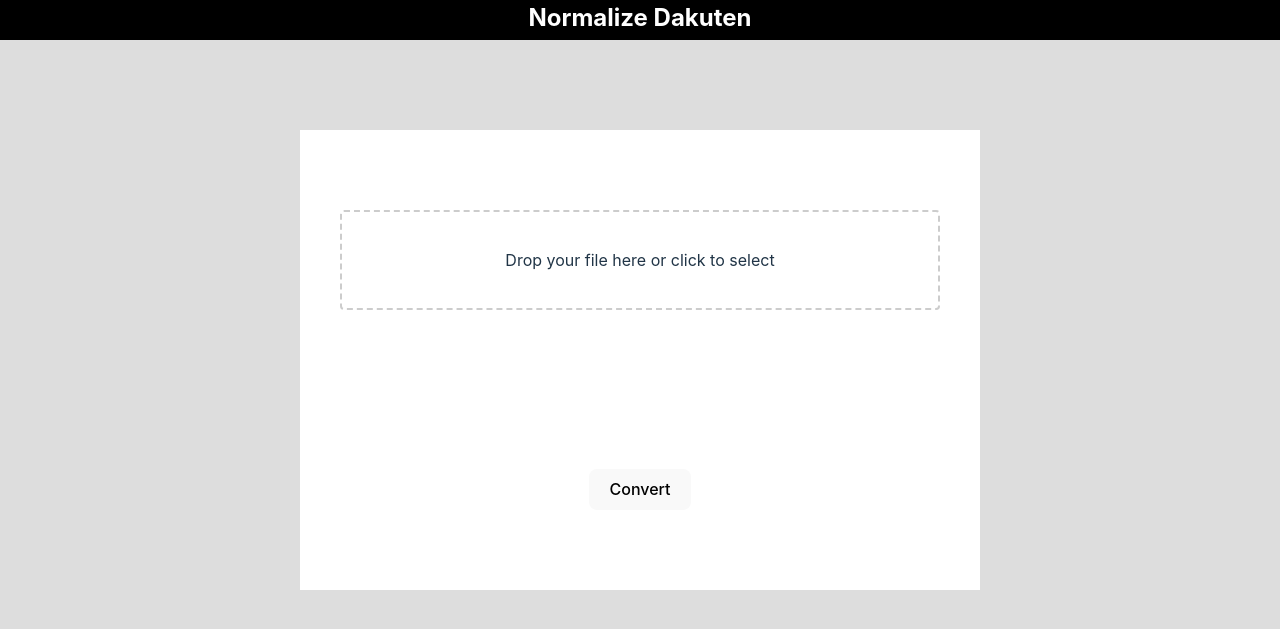
Repository: CatHandsService/normalize_dakuten
Page: / (app in front/)
These files come from the project's save history. The page is drawn as it stood at one moment and after the next save; the edit follows.
The browser window is 1280 px wide. The pictures show the whole page.
The project was rebuilt for these pictures with package versions that can differ from the ones it lists, and the page was loaded fresh each time. Also part of the build but not shown: front/vite.config.ts.

Above is the page before, as saved 2024-01-27 16:19:43.

### front/src/App.tsx
import './App.css'
import { Header } from "./components/Header"
import { ImportFile } from "./components/ImportFile"
import { Convert } from "./components/Convert"

function App() {

  return (
    <div className="main">
      <Header />
      <div className="container">
        <ImportFile />
        <Convert />
      </div>
    </div>
  )
}

export default App

### front/src/App.css
#root {
  max-width: 1280px;
  margin: 0 auto;
  padding: 2rem;
  text-align: center;
}

body {
  background-color: #ddd;
}

.header {
  width: 100%;
  height: 40px;
  background-color: #000;
  color: #fff;
  font-size: 24px;
  font-weight: bold;
  text-align: center;
  position: fixed;
  left: 0;
  top: 0;
}
.container {
  width: 600px;
  height: 300px;
  margin: 60px auto;
  padding: 80px 40px;
  background-color: #fff;
  display: flex;
  flex-direction: column;
  justify-content: space-between;
}

.inputField {
  width: 400px;
  height: 300px;
}
.hr {
  width: 100%;
  border: 1px solid #ddd;
  border-color: #ddd;
}

### front/src/components/Header.tsx
import '../App.css'

export const Header = () => {
  return (
    <div className="header">
      Normalize Dakuten
    </div>
  )
}

### front/src/components/ImportFile.tsx
import '../App.css'
import React, { useCallback, useState } from 'react';
import { useDropzone } from 'react-dropzone';

export const ImportFile = () => {
  const [selectedFile, setSelectedFile] = useState<File | null>(null);
  const [fileName, setFileName] = useState<string>('');

  const onDrop = useCallback((acceptedFiles: File[]) => {
    // ファイルが選択された時の処理
    const file = acceptedFiles[0];
    setSelectedFile(file);
    setFileName(file.name);

    // エクセルで取り扱えるファイルかどうかのバリデーションを実行
    if (validateFile(file)) {
      // バリデーションが通れば、ここで必要な処理を実行
      console.log('The file is a file that can be handled by Excel.');
    } else {
      // バリデーションが通らない場合はエラーメッセージを表示などの処理を実行
      console.error('This file cannot be handled by Excel.');
      setSelectedFile(null);
      setFileName('');
    }
  }, []);

  const validateFile = (file: File): boolean => {
    // エクセルで取り扱えるかのバリデーションロジックをここに実装
    // 例として、拡張子がxlsxの場合にtrueを返すものとします
    return file.name.toLowerCase().endsWith('.xlsx');
  };

  const { getRootProps, getInputProps } = useDropzone({
    onDrop,
    multiple: false, // 一度に複数のファイルを選択できないようにする
    accept: '.xlsx', // 受け入れるファイルの種類を指定
  });

  return (
    <div>
      <div {...getRootProps()} style={dropzoneStyles}>
        <input className='inputField' {...getInputProps()} />
        <p>Drop your file here or click to select</p>
      </div>
      {selectedFile && (
        <div>
          <p>selected file : {fileName}</p>
        </div>
      )}
    </div>
  );
};

const dropzoneStyles: React.CSSProperties = {
  // width: '500px',
  // height: '200px',
  border: '2px dashed #cccccc',
  borderRadius: '4px',
  padding: '20px',
  textAlign: 'center',
  cursor: 'pointer',
};

### front/src/components/Convert.tsx
import '../App.css'

export const Convert = () => {
  return (
    <div>
      <button className="convert">Convert</button>
    </div>
  )
}

Loaded but not shown: front/index.html (common file); front/src/main.tsx (common file); front/src/index.css (common file)

After the next save:
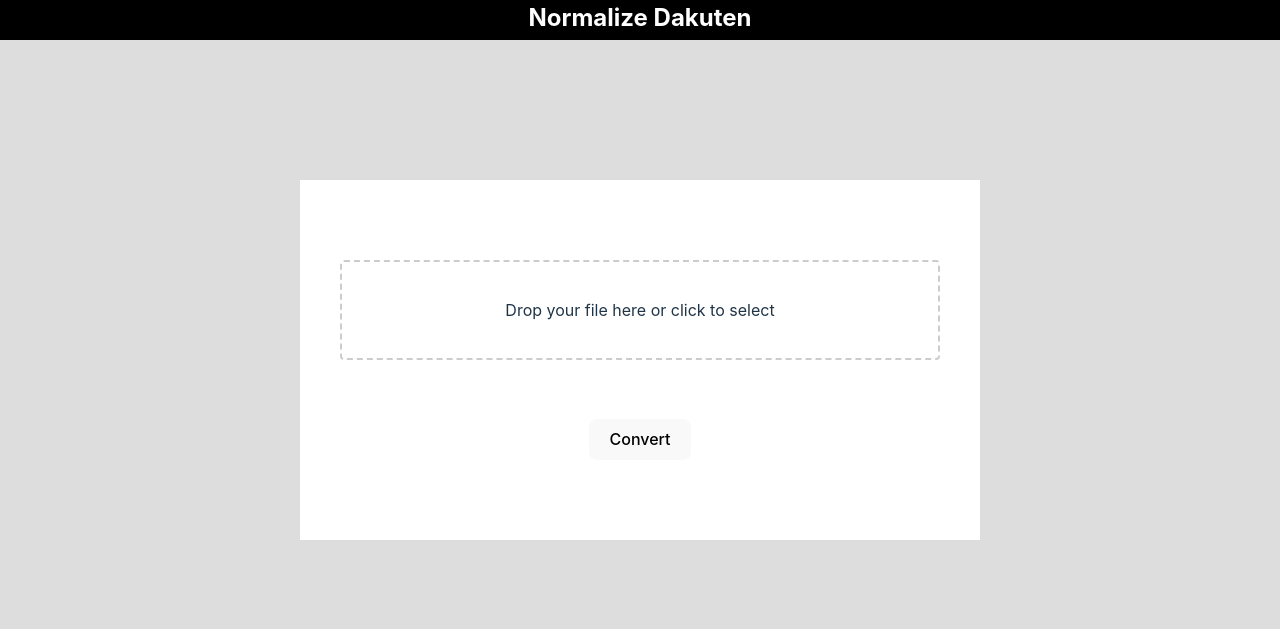
Saved 4 s later.
--- a/front/src/App.css
+++ b/front/src/App.css
@@ -23,7 +23,7 @@ body {
 }
 .container {
   width: 600px;
-  height: 300px;
+  height: 200px;
   margin: 60px auto;
   padding: 80px 40px;
   background-color: #fff;
